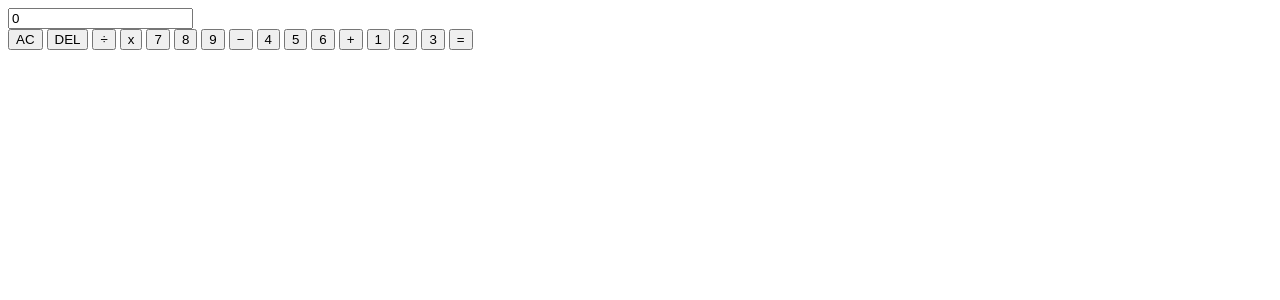
Repository: Mantombi81/Mozi--Calculator
Page: index.html
The author's editor kept a copy of each file at every save. The page is drawn from the files as they stood at one save, then again after the next save.
The browser window is 1280 px wide. The pictures show the whole page.

Above is the page before, as saved 2025-06-03 14:39:04.

### index.html
<!DOCTYPE html>
<html lang="en">
<head>
    <meta charset="UTF-8">
    <meta name="viewport" content="width=device-width, initial-scale=1.0">
    <title>Mozi Calculator App</title>
</head>
<body>
    <div class="calculator">
        <!-- numbers display when a user type something -->
         <div class="display">
            <input type="text" id="display" value="0" readonly>
         </div>
         <!-- buttons grid -->
          <div class="buttons">
            <!-- first row -->
             <button class="btn clear" onclick="clearDisplay()">AC</button>
             <button class="btn operator" onclick="deleteLast()">DEL</button>
             <button class="btn operator" onclick="appendToDisplay('/')">÷</button>
             <button class="btn operator" onclick="appendToDisplay('*')">x</button>

             <!-- second row -->
              <button class="btn number" onclick="appendToDisplay('7')">7</button>
              <button class="btn number" onclick="appendToDisplay('8')">8</button>
              <button class="btn number" onclick="appendToDisplay('9')">9</button>
              <button class="btn operator" onclick="appendToDisplay('-')">−</button>

              <!-- Third row -->
              <button class="btn number" onclick="appendToDisplay('4')">4</button>
              <button class="btn number" onclick="appendToDisplay('5')">5</button>
              <button class="btn number" onclick="appendToDisplay('6')">6</button>
              <button class="btn operator" onclick="appendToDisplay('+')">+</button>

              <!-- fourth row -->
              <button class="btn number" onclick="appendToDisplay('1')">1</button>
              <button class="btn number" onclick="appendToDisplay('2')">2</button>
              <button class="btn number" onclick="appendToDisplay('3')">3</button>
              <button class="btn equals" onclick="calculate()" rowspan="2">=</button>

              <!-- fifth row -->


          </div>
    </div>
</body>
</html>

After the next save:
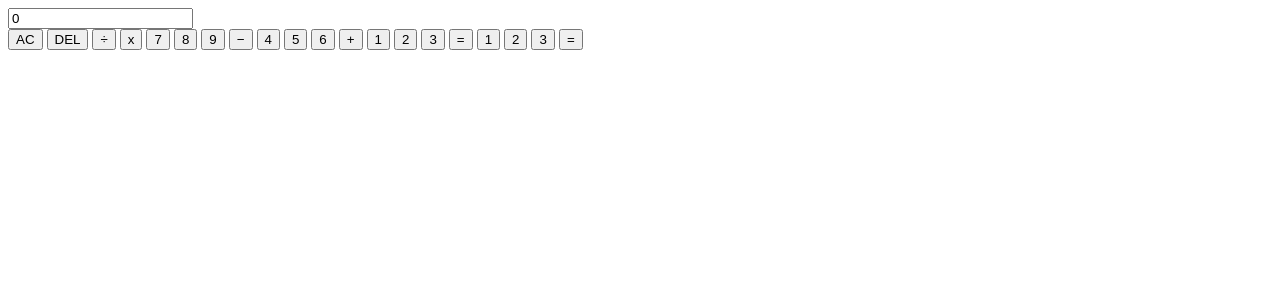
Saved 14 s later.
--- a/index.html
+++ b/index.html
@@ -38,7 +38,10 @@
               <button class="btn equals" onclick="calculate()" rowspan="2">=</button>
 
               <!-- fifth row -->
-
+              <button class="btn number" onclick="appendToDisplay('1')">1</button>
+              <button class="btn number" onclick="appendToDisplay('2')">2</button>
+              <button class="btn number" onclick="appendToDisplay('3')">3</button>
+              <button class="btn equals" onclick="calculate()" rowspan="2">=</button>
 
           </div>
     </div>
